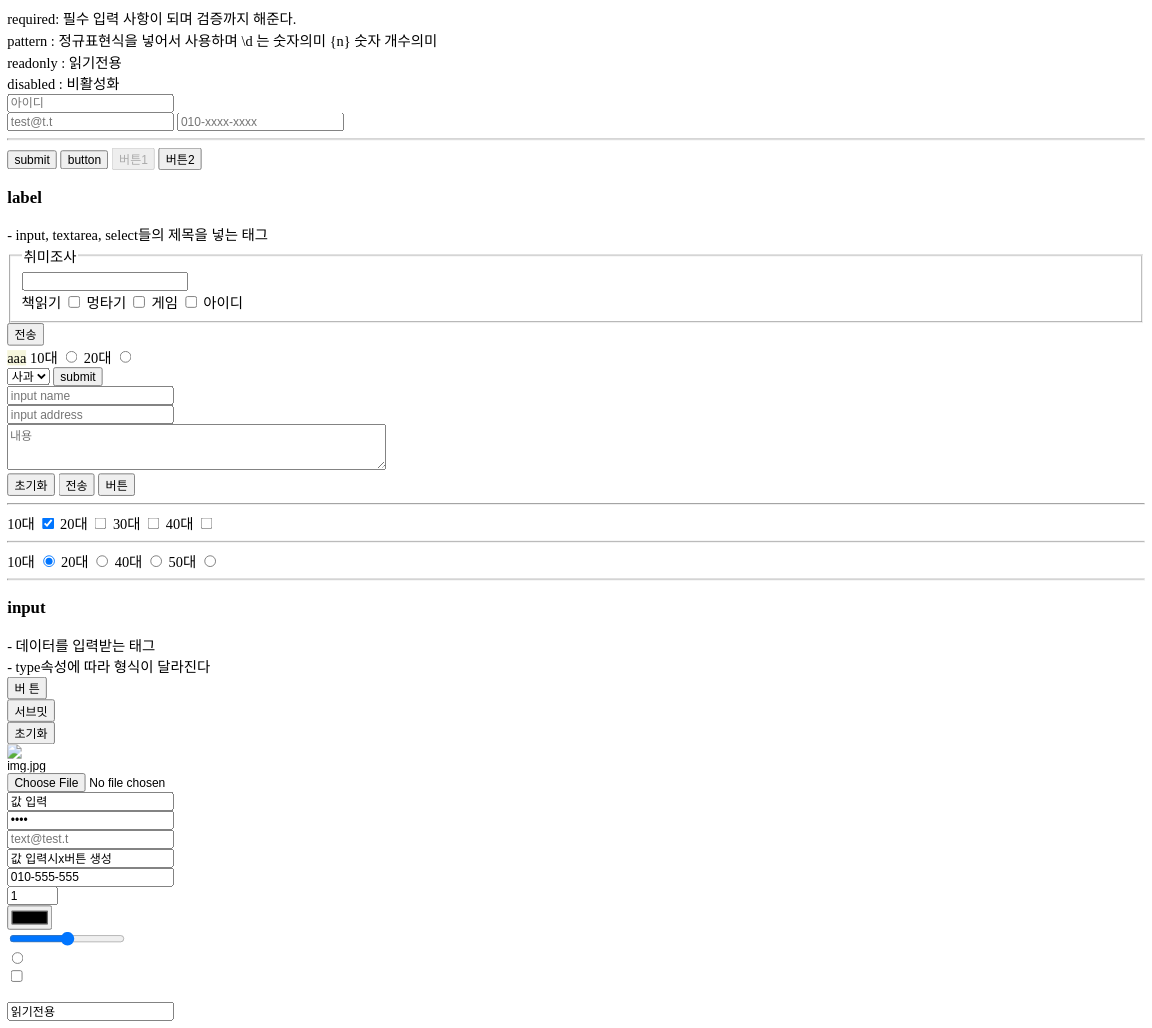
Repository: cleangggg/front
Page: html/ex09.html
The author's editor kept a copy of each file at every save. The page is drawn from the files as they stood at one save, then again after the next save.
The browser window is 1280 px wide. The pictures show the whole page, at 90% of full size.

Above is the page before, as saved 2023-05-23 04:15:09.

After the next save:
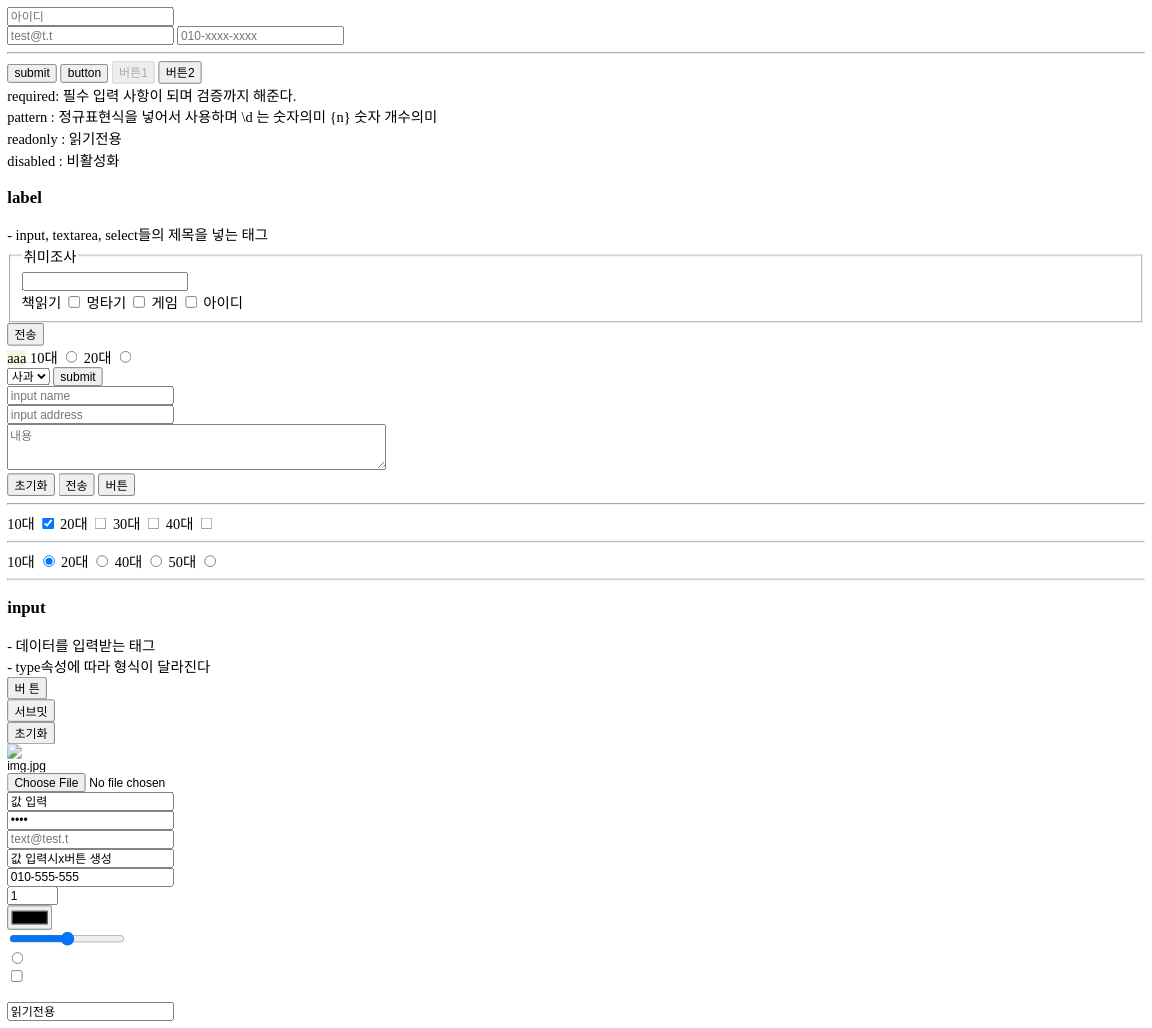
Saved 45 s later.
--- a/html/ex09.html
+++ b/html/ex09.html
@@ -5,10 +5,7 @@
 <title>Insert title here</title>
 </head>
 <body>
-required: 필수 입력 사항이 되며 검증까지 해준다.<br>
-pattern : 정규표현식을 넣어서 사용하며 \d 는 숫자의미 {n} 숫자 개수의미<br>
-readonly : 읽기전용<br>
-disabled : 비활성화<br>
+
 <form>
 	<input type="text" placeholder ="아이디" required ="required"><br>
 	<input type="email" placeholder = "test@t.t">
@@ -19,7 +16,10 @@ disabled : 비활성화<br>
 	<button type="submit" disabled="disabled">버튼1</button>
 	<button type="button">버튼2</button>
 </form>
-
+required: 필수 입력 사항이 되며 검증까지 해준다.<br>
+pattern : 정규표현식을 넣어서 사용하며 \d 는 숫자의미 {n} 숫자 개수의미<br>
+readonly : 읽기전용<br>
+disabled : 비활성화<br>
 
 <h3>label</h3>
 - input, textarea, select들의 제목을 넣는 태그
